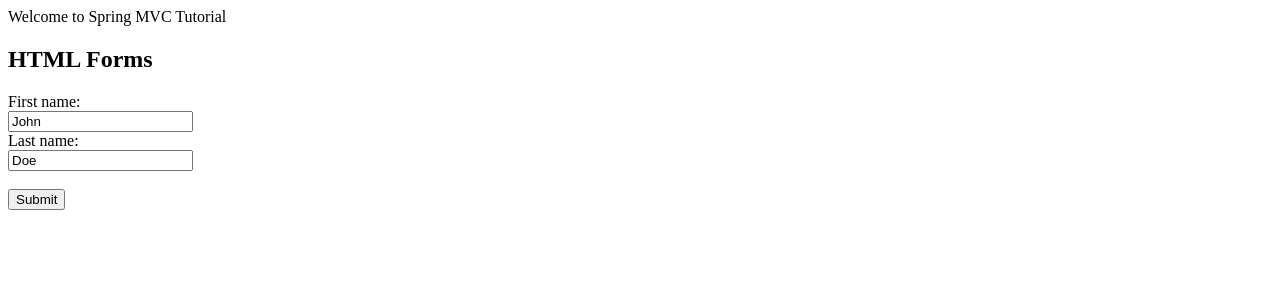
Repository: vinay-g-5/HibernateOracleTest
Page: http://localhost/springmvc/
An editor plug-in stored every save of this project. The page is shown before and after the next save, followed by the edit.
The browser window is 1280 px wide. The pictures show the whole page.
The page is served by Tomcat 9. Other server files are loaded and not shown.

Above is the page before, as saved 2021-03-05 10:26:11.

### springmvc/WebContent/index.jsp
<html>
<body>
<p>Welcome to Spring MVC Tutorial</p>

<h2>HTML Forms</h2>

<form action="Second.jsp">
  <label for="fname">First name:</label><br>
  <input type="text" id="fname" name="fname" value="John"><br>
  <label for="lname">Last name:</label><br>
  <input type="text" id="lname" name="lname" value="Doe"><br><br>
  <input type="submit" value="Submit">
</form>

</body>
</html>

After the next save:
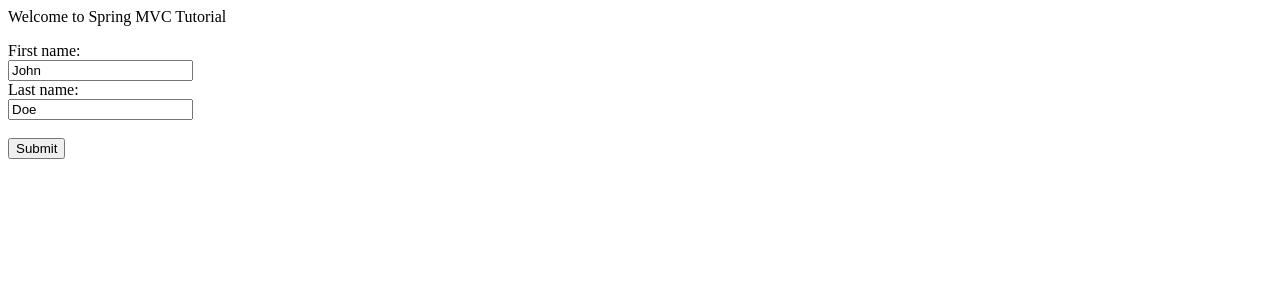
Saved 37 s later.
--- a/springmvc/WebContent/index.jsp
+++ b/springmvc/WebContent/index.jsp
@@ -2,7 +2,7 @@
 <body>
 <p>Welcome to Spring MVC Tutorial</p>
 
-<h2>HTML Forms</h2>
+
 
 <form action="Second.jsp">
   <label for="fname">First name:</label><br>
